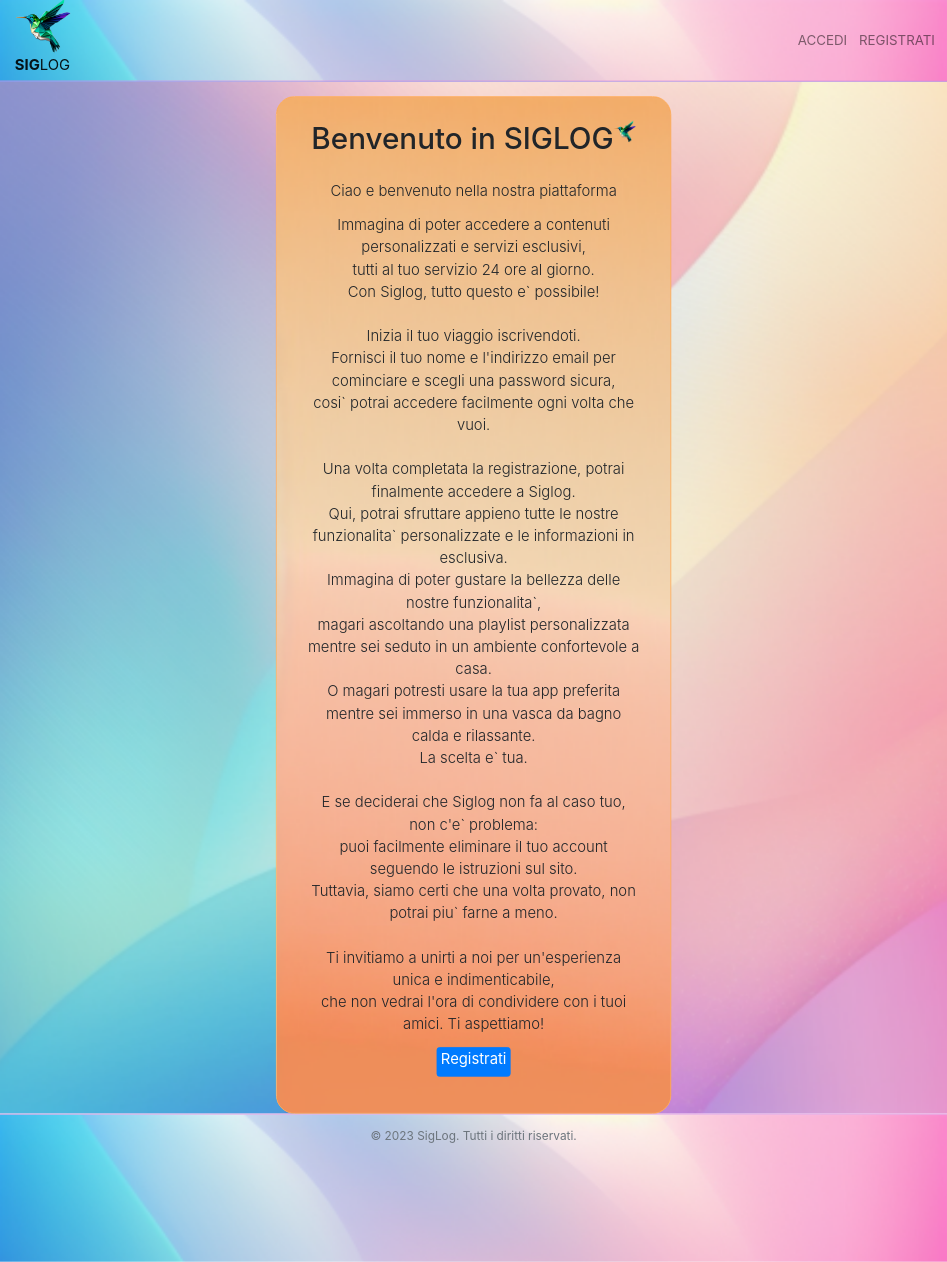
Repository: Nocco-Matteo/web_servlet_tpsi
Page: http://localhost/Servlet/
These files come from the project's save history. The page is drawn as it stood at one moment and after the next save; the edit follows.
The browser window is 1280 px wide. The pictures show the whole page, at 74% of full size.
Some web libraries are served in a nearby version. The page is served by Tomcat 9. Other server files are loaded and not shown.

Above is the page before, as saved 2023-03-03 22:35:29.

### eclipse/Servlet/src/main/webapp/index.jsp
<%@page import="java.net.http.HttpRequest"%>
<%@ page language="java" contentType="text/html; charset=US-ASCII" pageEncoding="US-ASCII"%>
<%@ page import="java.net.*" %>
<%@ page import="java.util.*" %>
<%@ page import="java.util.Base64.*" %>
<!DOCTYPE html>
<html>
<head>
	<title>Titolo Pagina</title>
	<meta charset="UTF-8">
	<meta name="viewport" content="width=device-width, initial-scale=1.0">
	<link rel="stylesheet" href="https://cdn.jsdelivr.net/npm/bootstrap@4.0.0/dist/css/bootstrap.min.css" integrity="sha384-Gn5384xqQ1aoWXA+058RXPxPg6fy4IWvTNh0E263XmFcJlSAwiGgFAW/dAiS6JXm" crossorigin="anonymous">
	<link rel="stylesheet" type="text/css" href="${pageContext.request.contextPath}/style">
</head>
<body>
<%!
	public static String stringToBase64(String str) //da stringa a base64
	{
	    byte[] bytes = str.getBytes();
	    byte[] encoded = Base64.getEncoder().encode(bytes);
	    return new String(encoded);
	}
	public static String base64ToString(String base64) //da base64 a stringa
	{
	    byte[] decoded = Base64.getDecoder().decode(base64);
	    return new String(decoded);
	}

	public static Boolean is_logged_in(String nome)
	{
		if(nome == null) return false;
		else return true;
	}
	public static String pulisci_attributo()
	{
		return null;
	}
%>

<%
	Boolean accesso = false; //controllo se l'utente ha fatto l'accesso
	String nome_sess = "", //dati utente
			cognome_sess ="",
			email_sess = "",
			password_sess="";
	String pagina = ""; //pagine dinamiche
	String tipo_errore="";//tipo di errore (piu` specifico di classe_errore)
	String classe_errore=""; //classe dell'errore (piu` generale di tipo_errore)

	if(session.getAttribute("nome")!= null) //controllo se l'utente ha fatto l'accesso
	{
		nome_sess = session.getAttribute("nome").toString(); //prendi attributo nome della sessione
		nome_sess = nome_sess.substring(0, 1).toUpperCase() + nome_sess.substring(1); //primo carattere maiuscolo

		cognome_sess = session.getAttribute("cognome").toString(); //prendi attributo cognome della sessione
		cognome_sess = cognome_sess.substring(0, 1).toUpperCase() + cognome_sess.substring(1); //primo carattere maiuscolo

		email_sess = session.getAttribute("email").toString(); //prendi attributo email della sessione
		email_sess = email_sess.toLowerCase(); //tutto minuscolo

		password_sess = session.getAttribute("password").toString(); //prendi attributo password della sessione

		accesso = is_logged_in(nome_sess); //controlla se ha fatto l'accesso
	}



	if(request.getParameter("page")!= null) //cambia pagina in base al parametro get
		pagina = request.getParameter("page"); //impostazione della pagina richiesta


	if(request.getParameter("error")!= null) //se viene rilevato un errore in una richiesta
	{
		String [] errore = base64ToString(request.getParameter("error")).split(","); //divisione del parametro errore
		//errore[0]=classe_errore; errore[1]=tipo_specifico_errore; errore[2]=pagina_di_arrivo
		classe_errore = errore[0];
		//out.print(classe_errore);
		switch(classe_errore)
		{
			case "sql": //errore sql
				pagina = stringToBase64(errore[2]); //ritorno alla pagina di errore
				tipo_errore = errore[1]; //tipo dell'errore dettagliato
				//out.print("errore: "+tipo_errore);
			break;
			case "regex": //errore regex
				pagina = stringToBase64(errore[2]); //ritorno alla pagina di errore
				tipo_errore = errore[1]; //tipo dell'errore dettagliato
				//out.print("errore: "+tipo_errore);
			break;
			case "empty": //accesso fallito
				pagina = stringToBase64(errore[2]); //ritorno alla pagina di errore
				tipo_errore = errore[1]; //tipo dell'errore dettagliato
				//out.print("errore: "+tipo_errore);
			break;
			default:
		}
	}
	//out.print(accesso+"\n");



	//out.print(tipo_errore+"\n");
	//out.print(pagina+"\n");
	pagina = base64ToString(pagina); //conversione parametro get con la pagina
	//out.print(pagina);
%>
<!-- Testa Navbar -->
<nav class="navbar navbar-expand-lg navbar-light bg-primary" style="background-image:url('${pageContext.request.contextPath}/nav');">

	<a class="navbar-brand mt-2 logo" href="${pageContext.request.contextPath}">
		<img class="" width="75px" height="75px" src="${pageContext.request.contextPath}/logo" alt="Logo">
		<p><b>SIG</b>LOG</p>
	</a>

	<button class="navbar-toggler" type="button" data-toggle="collapse" data-target="#navbarNav" aria-controls="navbarNav" aria-expanded="false" aria-label="Toggle navigation">
		<span class="navbar-toggler-icon"></span>
	</button>

	<div class="collapse navbar-collapse justify-content-end" id="navbarNav">
		<%if(accesso){ %>
		<ul class="navbar-nav">
			<li class="nav-item">
				<%=email_sess%>
			</li>
		</ul>
		<ul class="navbar-nav">
			<li class="nav-item">
				<a class="nav-link" href="http://localhost:8080/Servlet_prova/index.jsp?page=<%=stringToBase64("profilo")%>">PROFILO</a>
			</li>
		</ul>
		<%} else{ %>
		<ul class="navbar-nav r-0">
			<li class="nav-item">
				<a class="nav-link" href="http://localhost:8080/Servlet_prova/index.jsp?page=<%=stringToBase64("accedi")%>">ACCEDI </a>
			</li>
			<li class="nav-item">
				<a class="nav-link" href="http://localhost:8080/Servlet_prova/index.jsp?page=<%=stringToBase64("registra")%>">REGISTRATI</a>
			</li>
		</ul>
		<%} %>
	</div>
</nav>
<!-- Corpo Pagina -->
<div class="container-fluid corpo" style="background-image:url('${pageContext.request.contextPath}/background');">
	<div class="row">
		<div class="col"></div>
		<div class="centrale col-md-5 pt-2" style="background-image:url('${pageContext.request.contextPath}/centrale">
			<%if(pagina.equals("registra") && (!accesso || (tipo_errore !=""))){%>
				<!-- BLOCCO REGISTRAZIONE -->
				<form method="POST" action="http://localhost:8080/Servlet_prova/registra" >
					<p><b>REGISTRAZIONE</b></p>
					<hr>
					<%switch(classe_errore){
						case "sql":%>
					<div class="alert alert-danger alert-dismissible fade show d-flex justify-content-center" role="alert">
					    EMAIL' GIA REGISTRATA!
      				</div>
					<%break;
						case "regex":%>
							<div class="alert alert-danger alert-dismissible fade show d-flex justify-content-center" role="alert">
						    ERRORE NELL'INSERIMENTO DEL PARAMETRO: <%=tipo_errore.toUpperCase()%>
	      				</div>
					<%break;} %>
					<div class="form-group">
						<label for="nome">Nome:</label>
						<input type="text" class="form-control" id="nome" name="nome" required>
					</div>
					<div class="form-group">
						<label for="cognome">Cognome:</label>
						<input type="text" class="form-control" id="cognome" name="cognome" required>
					</div>
					<div class="form-group">
						<label for="email">Email:</label>
						<input type="email" class="form-control" id="email" name="email" required>
					</div>
					<div class="form-group">
						<label for="password">Password:</label>
						<input type="password" class="form-control" id="password" name="password" placeholder="almeno 4 caratteri, una lettera maiuscola ed una minuscola" required>
					</div>
					<div class="bottoni">
						<button type="submit" class="btn btn-primary button_a">Registrati</button>
					</div>
					<hr>
				</form>
				<div class="bottoni">
					<div class="d-flex flex-column align-items-center">
						<p>Hai gia' un account?</p>
						<button type="button" class="btn btn-primary button_a" ><a href="http://localhost:8080/Servlet_prova/index.jsp?page=<%=stringToBase64("accedi")%>">Accedi</a></button>
					</div>
				</div>

			<%} else if(pagina.equals("accedi") && !accesso){ %>
				<!-- BLOCCO ACCEDI -->
				<form method="POST" action="http://localhost:8080/Servlet_prova/accedi">
					<p><b>Accesso</b></p>
					<hr>
					<%switch(classe_errore){
						case "empty":%>
					<div class="alert alert-danger alert-dismissible fade show d-flex justify-content-center" role="alert">
					    ACCOUNT NON TROVATO
      				</div>
					<%break;} %>
					<div class="form-group">
						<label for="email">Email:</label>
						<input type="email" class="form-control" id="email" name="email" required>
					</div>
					<div class="form-group">
						<label for="password">Password:</label>
						<input type="password" class="form-control" id="password" name="password" required>
					</div>
					<div class="bottoni">
						<button type="submit" class="btn btn-primary">Accedi</button>
					</div>
					<hr>
					</form>
					<div class="bottoni">
						<div class="d-flex flex-column align-items-center">
							<p>Non hai ancora un account?</p>
							<button type="button" class="btn btn-primary button_a" ><a href="http://localhost:8080/Servlet_prova/index.jsp?page=<%=stringToBase64("registra")%>">Registrati</a></button>
						</div>
					</div>
				</form>
			<% }else if(pagina.equals("profilo") && accesso){%>
		        <form method="POST" action="http://localhost:8080/Servlet_prova/modifica">
		        	<p><b>Modifica Profilo Utente</b></p>
		        	<hr>
		            <div class="form-group">
		                <label for="nome">Nome:</label>
		                <input type="text" class="form-control" id="nome" name="nome" value="<%=nome_sess%>" required>
		            </div>
		            <div class="form-group">
		                <label for="cognome">Cognome:</label>
		                <input type="text" class="form-control" id="cognome" name="cognome" value="<%=cognome_sess%>" required>
		            </div>
		            <div class="form-group">
		                <label for="password">Password:</label>
		                <input type="password" class="form-control" id="password" name="password" value="<%=password_sess%>" required>
		            </div>
		            <div class="form-group" hidden>
						<label for="email">Email:</label>
						<input type="email" class="form-control" id="email" name="email" value="<%=email_sess%>" required>
					</div>
		            <div class="bottoni">
						<button type="submit" class="btn btn-primary">Salva modifiche</button>
					</div>
		        </form>
		        <div class="bottoni btn-group dropup">
					<div class="spazio"></div>
					<div class="dropdown-menu dropdown-menu-right" aria-labelledby="conferma_elimina">
						<p class="conferma">SEI SICURO?</p>
						<a class="dropdown-item" href="${pageContext.request.contextPath}/elimina">Elimina account</a>
					</div>
					<button type="button" class="btn btn-danger button_a" data-toggle="dropdown" aria-controls="conferma_elimina" aria-expanded="false" aria-label="Toggle navigation">
						<a href="#">Elimina</a>
					</button>
				</div>
			<% }else if(pagina.equals("entrato") || accesso){%>
				<!-- BLOCCO DI BENTORNATO/BENVENUTO -->
			    <div class="col mx-auto text-center">
			      <h1>Ciao <%=nome_sess%>!</h1>
			      <p class="lead">Grazie per aver effettuato l'accesso a SIGLOG.</p>
			      <p class="lead">
			      	Siamo entusiasti di averti tra i nostri utenti <br>
			      	e siamo qui per aiutarti a sfruttare al massimo Siglog.<br>
			      	Ti auguriamo una buona permanenza e speriamo di rendere la tua esperienza con noi unica ed emozionante.<br>
			      	<br>
					Con il tuo nuovo account, potrai accedere a contenuti personalizzati e servizi esclusivi.<br>
					Ti invitiamo ad esplorare Siglog<br>
					e a trovare tutte le funzionalita` che si adattano meglio alle tue esigenze.<br>
					Inizia subito ad usare il tuo account per accedere ai nostri servizi personalizzati.<br>
					<br>
					Se hai bisogno di aiuto o hai domande sul nostro sito o sui servizi che offriamo,<br>
					non esitare a contattarci.<br>
					Il nostro team di supporto e` a tua disposizione per rispondere a tutte le tue domande<br>
					e aiutarti in ogni modo possibile.<br>
					<br>
					Grazie ancora per aver scelto di unirti a noi.<br>
					Siamo impazienti di vedere cosa puoi fare con il tuo account<br>
					e di averti tra i nostri utenti piu' attivi ed entusiasti.<br>
					Buon divertimento!</p>
			      <button type="button" class="btn btn-primary button_a" ><a href="http://localhost:8080/Servlet_prova/index.jsp?page=<%=stringToBase64("esci")%>">Esci</a></button>
			    </div>

			<%} else{%>
				<div class="col mb-4 mx-auto text-center">
					<div class="mt-4 d-flex flex-row justify-content-center">
						<h1>Benvenuto in SIGLOG</h1>
				      	<img width="30px" height="30px" src="${pageContext.request.contextPath}/logo" alt="Logo">
				    </div>
				    <br>
			      <p class="lead">Ciao e benvenuto nella nostra piattaforma</p>
			      <p class="lead">
			      	Immagina di poter accedere a contenuti personalizzati e servizi esclusivi,<br>
			      	tutti al tuo servizio 24 ore al giorno. <br>
			      	Con Siglog, tutto questo e` possibile!<br>
			      	<br>
			      	Inizia il tuo viaggio iscrivendoti.<br>
			      	Fornisci il tuo nome e l'indirizzo email per cominciare e scegli una password sicura,<br>
			      	cosi` potrai accedere facilmente ogni volta che vuoi.<br>
			      	<br>
					Una volta completata la registrazione, potrai finalmente accedere a Siglog.<br>
					Qui, potrai sfruttare appieno tutte le nostre funzionalita` personalizzate e le informazioni in esclusiva.<br>
					Immagina di poter gustare la bellezza delle nostre funzionalita`,<br>
					magari ascoltando una playlist personalizzata mentre sei seduto in un ambiente confortevole a casa.<br>
					O magari potresti usare la tua app preferita mentre sei immerso in una vasca da bagno calda e rilassante.<br>
					La scelta e` tua.<br>
					<br>
					E se deciderai che Siglog non fa al caso tuo, non c'e` problema: <br>
					puoi facilmente eliminare il tuo account seguendo le istruzioni sul sito. <br>
					Tuttavia, siamo certi che una volta provato, non potrai piu` farne a meno. <br>
					<br>
					Ti invitiamo a unirti a noi per un'esperienza unica e indimenticabile, <br>
					che non vedrai l'ora di condividere con i tuoi amici. Ti aspettiamo!</p>
			      <button type="button" class="btn btn-primary button_a" ><a href="http://localhost:8080/Servlet_prova/index.jsp?page=<%=stringToBase64("registra")%>">Registrati</a></button>
			    </div>
			<%} %>
		</div>
		<div class="col"></div>
	</div>
</div>
<!-- Footbar -->
<footer class="footer bg-light mt-auto py-3" style="background-image:url('${pageContext.request.contextPath}/nav');">
	<div class="container text-center">
		<span class="text-muted">&copy; 2023 SigLog. Tutti i diritti riservati.</span>
	</div>
</footer>

<!-- js Bootstrap -->
<script src="https://code.jquery.com/jquery-3.2.1.slim.min.js" integrity="sha384-KJ3o2DKtIkvYIK3UENzmM7KCkRr/rE9/Qpg6aAZGJwFDMVNA/GpGFF93hXpG5KkN" crossorigin="anonymous"></script>
<script src="https://cdn.jsdelivr.net/npm/popper.js@1.12.9/dist/umd/popper.min.js" integrity="sha384-ApNbgh9B+Y1QKtv3Rn7W3mgPxhU9K/ScQsAP7hUibX39j7fakFPskvXusvfa0b4Q" crossorigin="anonymous"></script>
<script src="https://cdn.jsdelivr.net/npm/bootstrap@4.0.0/dist/js/bootstrap.min.js" integrity="sha384-JZR6Spejh4U02d8jOt6vLEHfe/JQGiRRSQQxSfFWpi1MquVdAyjUar5+76PVCmYl" crossorigin="anonymous"></script>
</body>
</html>

### eclipse/Servlet/src/main/webapp/css/style.css
html,body
{
	height:100%;
	width:100%;
	margin:0;
	padding:0;
}
#navbarNav
{
	color: #000;
	right:0;
}

#navbarNav > ul
{
	width:190px;
	font-size: 18px;
	color: black;
	margin-right:20px;
}
#navbarNav > ul > li
{
	margin-left:auto;
}
.footer, .navbar, .centrale
{
	background-repeat: no-repeat;
	background-size: cover;
}
.corpo
{
	min-height: 500px;
	background-repeat: no-repeat;
	background-position: center;
	background-size: cover;
}
.conferma
{
	color: red;
	width:100%;
	text-align:center;
	margin-bottom:7px;
}
.btn a
{
	width: 100%;
    height: 100%;

    padding: 0;
    margin: 0;

	list-style-type:none;
	color: white;
	display: block;
}
.button_a
{

	width: 100px;
	height: 40px;

    padding: 0;
    margin: 0;

    font-size: 20px;
    text-align:center
}
.centrale
{
	margin-top: 20px;
	background-color: white;
	padding: 25px;
	border-radius: 25px;
	border:1px solid #ffa348;
}

form > p:first-of-type
{
	font-size:25px;
	text-align: center;
}

.bottoni
{
	display: flex;
	width: 100%;
	flex-direction: row;
	justify-content: center;
	align-items: center;
}
.spazio
{
	flex-grow: 1;
}
.logo
{
	height:auto;
	width:auto;
	margin:0;
	padding:0;

	margin-left: 20px;
	display:block;
}
.footer
{
	height: 200px;
	border-top: 1px solid #dc8add;
}
.navbar
{
	height:110px;
	min-height:100px;
	color: #000;
	margin:0;
	padding:0;
	border-bottom: 1px solid #dc8add;
}

Loaded but not shown: eclipse/Servlet/src/main/java/it/molinari/controller/Controller.java (277 lines, source omitted)

After the next save:
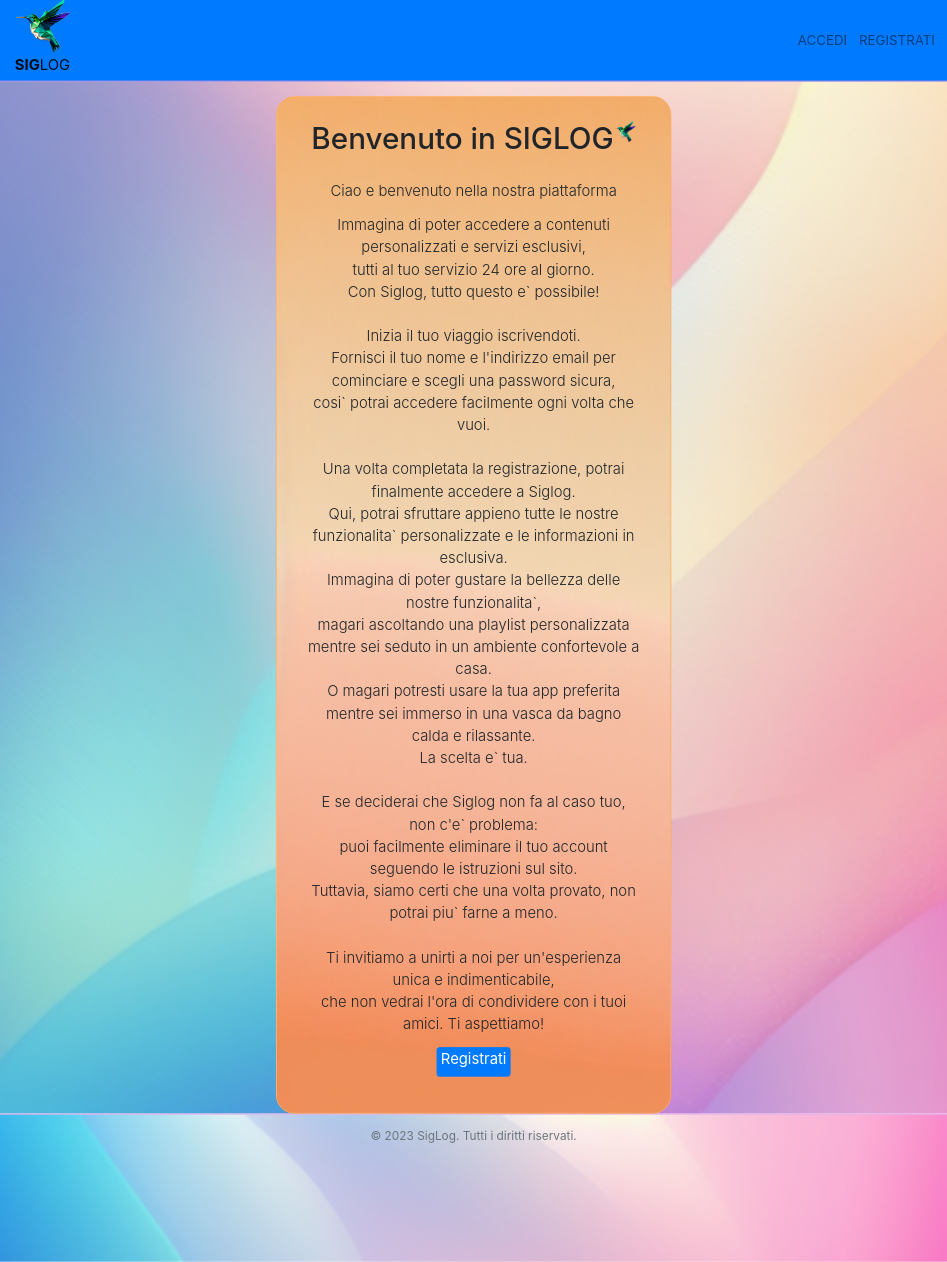
Saved 5 min 12 s later.
--- a/eclipse/Servlet/src/main/webapp/index.jsp
+++ b/eclipse/Servlet/src/main/webapp/index.jsp
@@ -105,7 +105,7 @@
 	//out.print(pagina);
 %>
 <!-- Testa Navbar -->
-<nav class="navbar navbar-expand-lg navbar-light bg-primary" style="background-image:url('${pageContext.request.contextPath}/nav');">
+<nav class="navbar navbar-expand-lg navbar-light bg-primary">
 
 	<a class="navbar-brand mt-2 logo" href="${pageContext.request.contextPath}">
 		<img class="" width="75px" height="75px" src="${pageContext.request.contextPath}/logo" alt="Logo">
